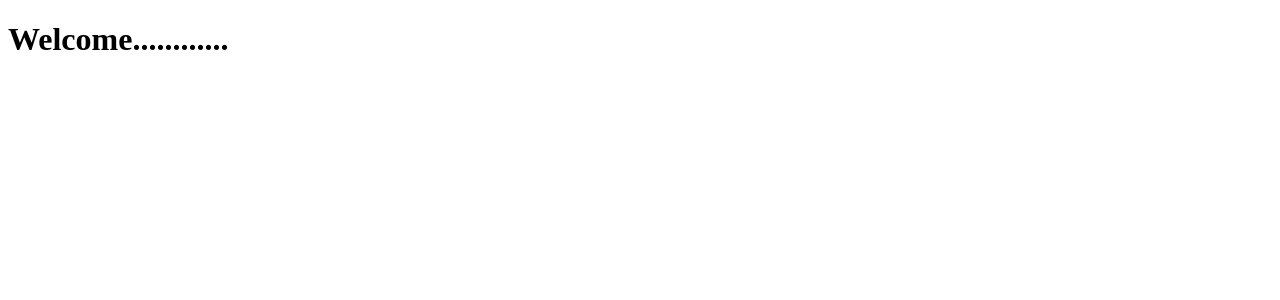
Repository: satvikagrasani/Spring-WorkSpace
Page: SpringMVC/WebAppDemo/FirstWebApp/src/main/webapp/index.html
An editor plug-in stored every save of this project. The page is shown before and after the next save, followed by the edit.
The browser window is 1280 px wide. The pictures show the whole page.

Above is the page before, as saved 2023-08-21 04:36:12.

### SpringMVC/WebAppDemo/FirstWebApp/src/main/webapp/index.html
<!DOCTYPE html>
<html>
<head>
<meta charset="ISO-8859-1">
<title>Welcome</title>
</head>
<body>
	<h1>Welcome............</h1>
</body>
</html>

After the next save:
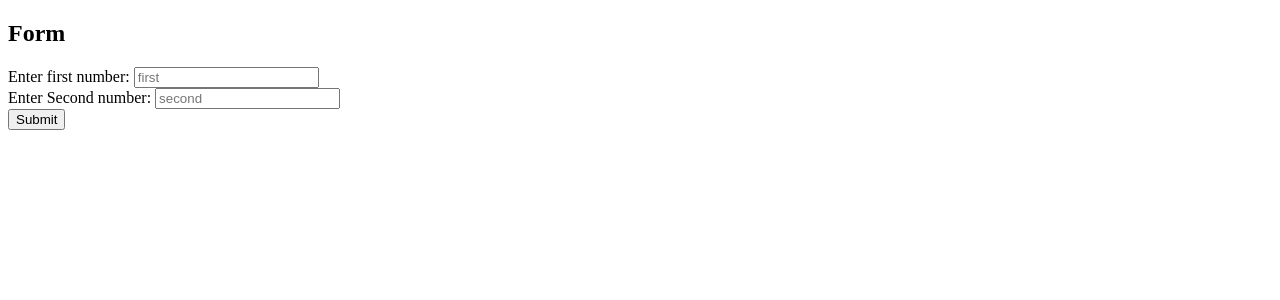
Saved 2 min 45 s later.
--- a/SpringMVC/WebAppDemo/FirstWebApp/src/main/webapp/index.html
+++ b/SpringMVC/WebAppDemo/FirstWebApp/src/main/webapp/index.html
@@ -5,6 +5,14 @@
 <title>Welcome</title>
 </head>
 <body>
-	<h1>Welcome............</h1>
+	<h2> Form</h2>
+	<form>
+		<label>Enter first number:</label>
+		<input type="text" placeholder="first"/><br>
+		<label>Enter Second number:</label>
+		<input type="text" placeholder="second"/><br>
+		<input type="submit" value="Submit"/>
+	</form>
+
 </body>
 </html>
